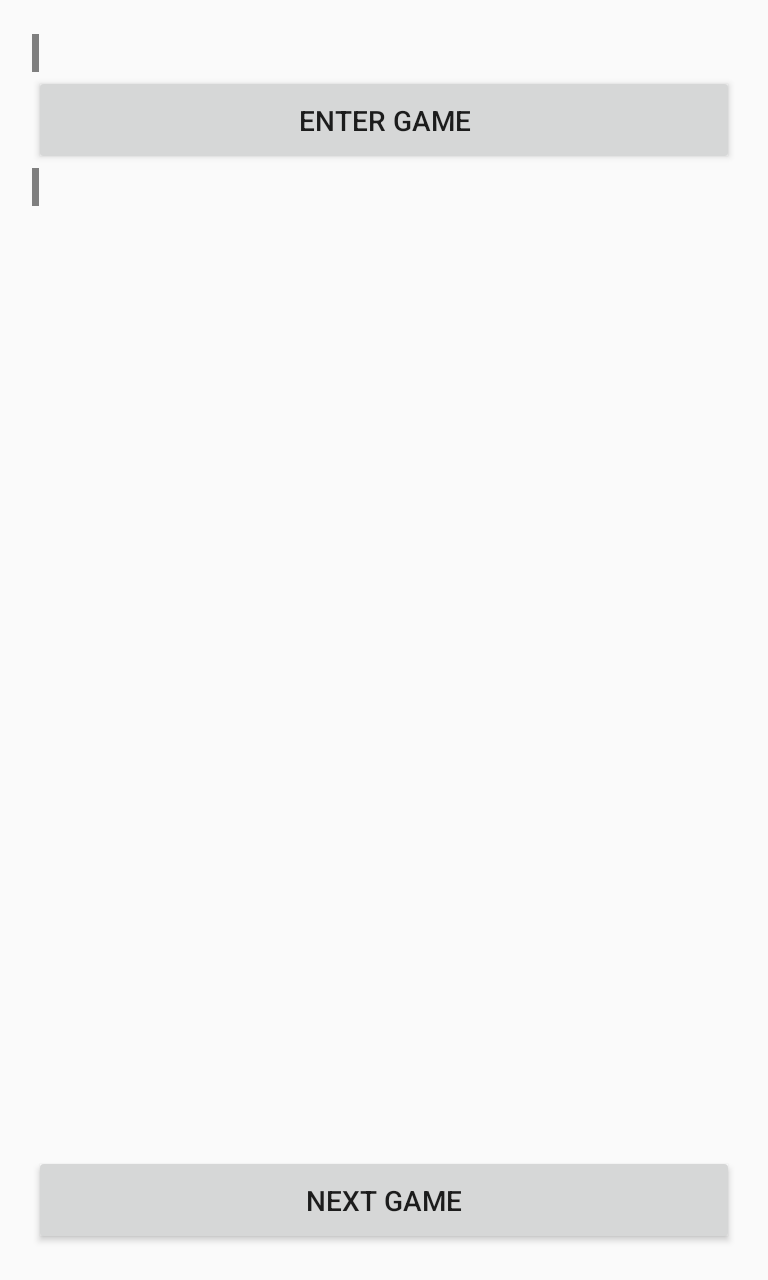
Repository: charlesweng/school
Layout: simpleandroidapps/GettingToKnowUIActivities/charleswengScoringProject/charleswengScoring/res/layout/activity_main.xml
The author's editor kept a copy of each file at every save. The layout is drawn from the files as they stood at one save, then again after the next save.
Pictures or frames that could not be fetched are drawn as grey boxes. It is drawn on a 768 x 1280 px phone screen (xhdpi) without system bars, with theme AppTheme; the app's code is not run.

Above is the layout before, as saved 2014-04-28 05:39:37.

### simpleandroidapps/GettingToKnowUIActivities/charleswengScoringProject/charleswengScoring/res/layout/activity_main.xml
<?xml version="1.0" encoding="utf-8"?>
<RelativeLayout xmlns:android="http://schemas.android.com/apk/res/android"
    xmlns:tools="http://schemas.android.com/tools"
    android:id="@+id/container"
    android:layout_width="match_parent"
    android:layout_height="match_parent"
    android:paddingBottom="@dimen/activity_vertical_margin"
    android:paddingLeft="@dimen/activity_horizontal_margin"
    android:paddingRight="@dimen/activity_horizontal_margin"
    android:paddingTop="@dimen/activity_vertical_margin"
    >


    <Button
        android:id="@+id/datebutton"
        android:layout_width="fill_parent"
        android:layout_height="1dp"
        android:layout_alignParentTop="true"
        android:layout_centerHorizontal="true"
        android:text="@string/enter_date"
        android:onClick="showDatePickerDialog"/>

	<fragment
	    android:name="com.example.charleswengscoring.DateFragment"
	    android:id="@+id/fragment_date"
	    android:layout_width="wrap_content"
	    android:layout_height="wrap_content"
	    android:layout_below="@+id/datebutton"
	/>

    <Button
        android:id="@+id/gamebutton"
        android:layout_width="fill_parent"
        android:layout_height="wrap_content"
        android:onClick="clickGame"
        android:layout_below="@+id/fragment_date"
        android:text="@string/enter_game" />

    <fragment
        android:name="com.example.charleswengscoring.TeamFragment"
        android:id="@+id/fragment_team"
        android:layout_width="wrap_content"
        android:layout_height="wrap_content"
        android:layout_below="@+id/gamebutton"
    />

    <Button
        android:id="@+id/nextbutton"
        android:layout_width="fill_parent"
        android:layout_height="wrap_content"
        android:layout_alignParentBottom="true"
        android:layout_centerHorizontal="true"
        android:onClick="clickNext"
        android:text="@string/next_game" />


</RelativeLayout>

### simpleandroidapps/GettingToKnowUIActivities/charleswengScoringProject/charleswengScoring/res/values/strings.xml
<?xml version="1.0" encoding="utf-8"?>
<resources>

    <string name="app_name">charleswengScoring</string>
    <string name="hello_world">Hello world!</string>
    <string name="action_settings">Settings</string>
    <string name="enter_date">Enter Date</string>
    <string name="date">Date</string>
    <string name="enter_game">Enter Game</string>
    <string name="team_1">Team 1</string>
    <string name="team_2">Team 2</string>
    <string name="team_1_edit">Team 1:</string>
    <string name="team_2_edit">Team 2:</string>
    <string name="zero">0</string>
    <string name="next_game">Next Game</string>
    <string name="title_activity_date_picker">DatePicker</string>
	<string name="done">Done</string>
	<string name="score">Score:</string>
	<string-array name="team_name">
	    	<item>Atlanta Hawks</item>
			<item>Boston Celtics</item>
			<item>Brooklyn Nets</item>
			<item>Charlotte Bobcats</item>
			<item>Chicago Bulls</item>
			<item>Cleveland Cavaliers</item>
			<item>Dallas Mavericks</item>
			<item>Denver Nuggets</item>
			<item>Detroit Pistons</item>
			<item>Golden State Warriors</item>
			<item>Houston Rockets</item>
			<item>Indiana Pacers</item>
			<item>Los Angeles Clippers</item>
			<item>Los Angeles Lakers</item>
			<item>Memphis Grizzlies</item>
			<item>Miami Heat</item>
			<item>Milwaukee Bucks</item>
			<item>Minnesota Timberwolves</item>
			<item>New Orleans Pelicans</item>
			<item>New York Knicks</item>
			<item>Oklahoma City Thunder</item>
			<item>Orlando Magic</item>
			<item>Philadelphia 76ers</item>
			<item>Phoenix Suns</item>
			<item>Portland Trail Blazers</item>
			<item>Sacramento Kings</item>
			<item>San Antonio Spurs</item>
			<item>Toronto Raptors </item>
			<item>Utah Jazz</item>
			<item>Washington Wizards</item>
 	</string-array>
</resources>

Loaded but not shown: simpleandroidapps/GettingToKnowUIActivities/charleswengScoringProject/charleswengScoring/res/values/styles.xml (common file); simpleandroidapps/GettingToKnowUIActivities/charleswengScoringProject/charleswengScoring/res/values-v11/styles.xml (common file); simpleandroidapps/GettingToKnowUIActivities/charleswengScoringProject/charleswengScoring/res/values-v14/styles.xml (common file); simpleandroidapps/GettingToKnowUIActivities/charleswengScoringProject/charleswengScoring/res/values/dimens.xml (common file); simpleandroidapps/GettingToKnowUIActivities/charleswengScoringProject/charleswengScoring/res/values-w820dp/dimens.xml (common file)

After the next save:
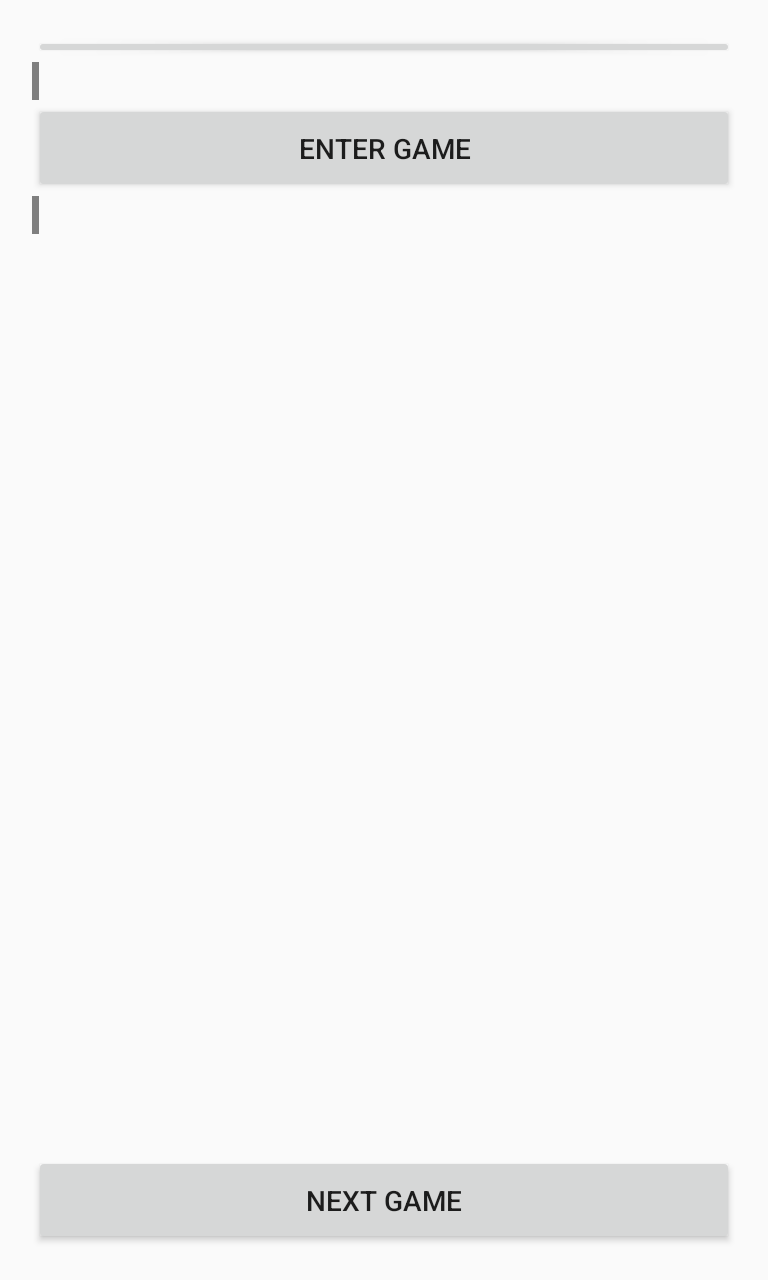
Saved 8 s later.
--- a/simpleandroidapps/GettingToKnowUIActivities/charleswengScoringProject/charleswengScoring/res/layout/activity_main.xml
+++ b/simpleandroidapps/GettingToKnowUIActivities/charleswengScoringProject/charleswengScoring/res/layout/activity_main.xml
@@ -14,7 +14,7 @@
     <Button
         android:id="@+id/datebutton"
         android:layout_width="fill_parent"
-        android:layout_height="1dp"
+        android:layout_height="15dp"
         android:layout_alignParentTop="true"
         android:layout_centerHorizontal="true"
         android:text="@string/enter_date"
